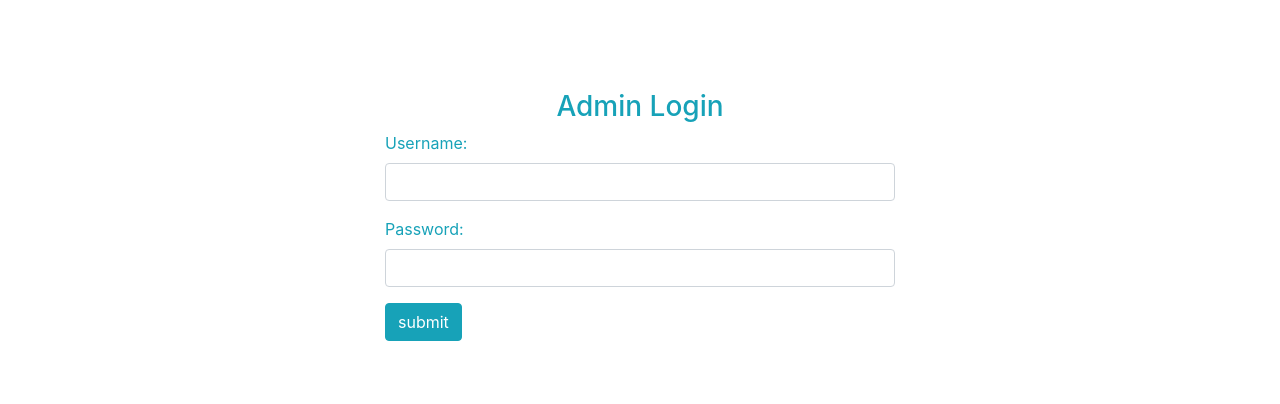
Repository: sindurup/Phase2Project
Page: http://localhost/LearnersAcademyPro/classInfo.jsp
These files come from the project's save history. The page is drawn as it stood at one moment and after the next save; the edit follows.
The browser window is 1280 px wide. The pictures show the whole page.
Some web libraries are served in a nearby version. The page is served by Tomcat 9. The session is filled in as if someone had signed in: {"uname": "Test User", "pw": 1}.

Above is the page before, as saved 2021-09-27 10:36:44.
Console error: TypeError: Cannot read properties of undefined (reading 'fn')

After the next save:
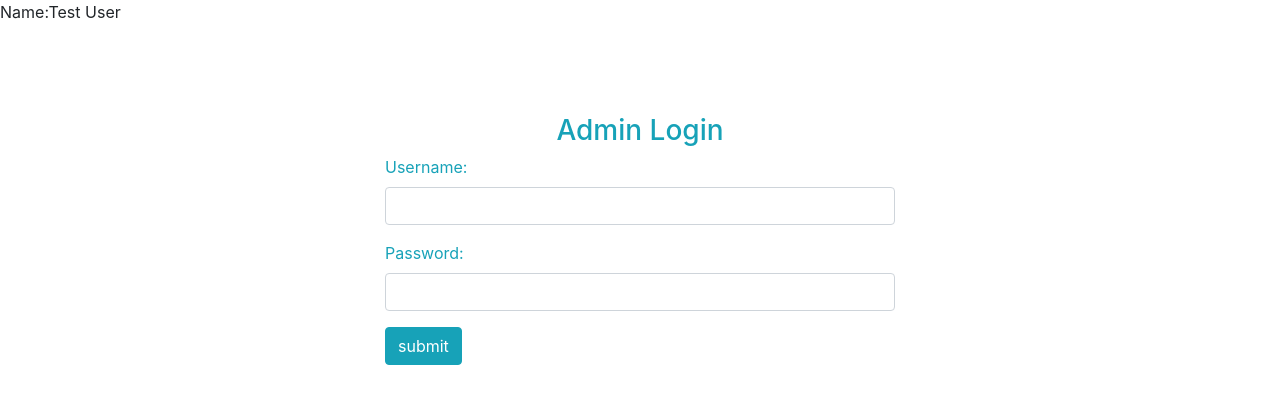
Saved 49 s later.
--- a/LearnersAcademyPro/src/main/webapp/classInfo.jsp
+++ b/LearnersAcademyPro/src/main/webapp/classInfo.jsp
@@ -15,6 +15,7 @@
 <%
 response.setHeader("Cache-Control","no-cache,no-store,must-revalidate");
 HttpSession session1=request.getSession();
+out.println("Name:"+session.getAttribute("uname"));
 
     if(session.getAttribute("uname")==null)
     {
